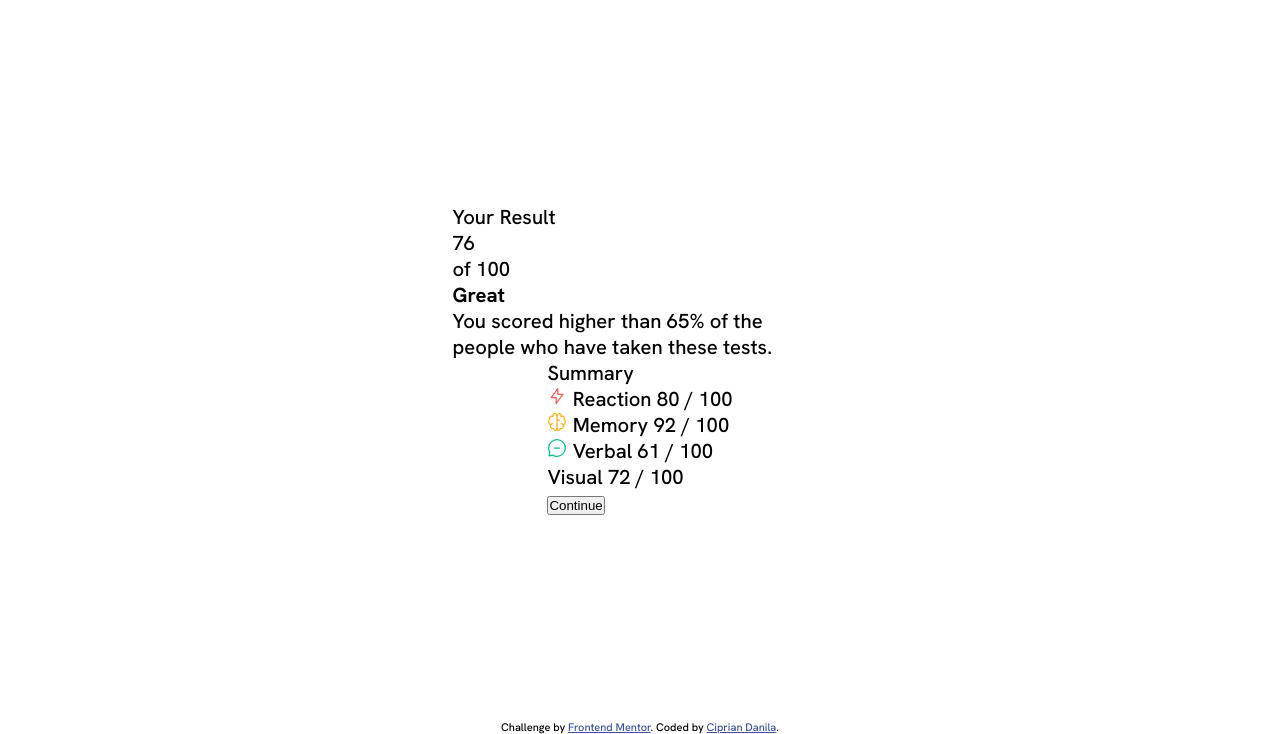
Repository: cipdanila/results-summary-component
Page: index.html
These files come from the project's save history. The page is drawn as it stood at one moment and after the next save; the edit follows.
The browser window is 1280 px wide. The pictures show the whole page.

Above is the page before, as saved 2024-02-02 20:24:32.

### index.html
<!DOCTYPE html>
<html lang="en">
    <head>
        <meta charset="UTF-8" />
        <meta name="viewport" content="width=device-width, initial-scale=1.0" />
        <!-- displays site properly based on user's device -->

        <link rel="icon" type="image/png" sizes="32x32" href="./assets/images/favicon-32x32.png" />
        <link rel="stylesheet" href="styles.css" />
        <title>Frontend Mentor | Results summary component</title>
    </head>
    <body>
        <main>
            <div class="card">
                <div class="result">
                    <p id="result-title">Your Result</p>
                    <div class="score-circle">
                        <div class="big-num">76</div>
                        <div class="small-text">of 100</div>
                    </div>
                    <h4>Great</h4>
                    <p>You scored higher than 65% of the people who have taken these tests.</p>
                </div>
                <div class="summary">
                    <p id="summary">Summary</p>
                    <div class="reaction">
                        <img src="./assets/images/icon-reaction.svg" alt="raction icon" />
                        Reaction <span class="percent">80</span> / <span class="hundred">100</span>
                    </div>
                    <div class="memory">
                        <img src="./assets/images/icon-memory.svg" alt="memory icon" />
                        Memory <span class="percent">92</span> / <span class="hundred">100</span>
                    </div>
                    <div class="verbal">
                        <img src="./assets/images/icon-verbal.svg" alt="verbal icon" />
                        Verbal <span class="percent">61</span> / <span class="hundred">100</span>
                    </div>
                    <div class="visual">Visual <span class="percent">72</span> / <span class="hundred">100</span></div>
                    <button class="continue" type="button">Continue</button>
                </div>
            </div>
        </main>

        <footer>
            <div class="attribution">
                Challenge by
                <a
                    href="https://www.frontendmentor.io/challenges/results-summary-component-CE_K6s0maV/hub"
                    target="_blank"
                    rel="noopener noreferer"
                    >Frontend Mentor</a
                >. Coded by <a href="https://github.com/cipdanila" target="_blank" rel="noopener noreferer">Ciprian Danila</a>.
            </div>
        </footer>
    </body>
</html>

### styles.css
@import url("https://fonts.googleapis.com/css2?family=Hanken+Grotesk:wght@500;700;800&display=swap");

:root {
    /* Colors */
    /* Primary */
    --light-red: hsl(0, 100%, 67%);
    --orange-yellow: hsl(39, 100%, 56%);
    --green-teal: hsl(166, 100%, 37%);
    --cobalt-blue: hsl(234, 85%, 45%);
    /* Gradients */
    --light-slate-blue: hsl(252, 100%, 67%); /*  (background) */
    --light-royal-blue: hsl(241, 81%, 54%); /* (background) */

    --violet-blue: hsla(256, 72%, 46%, 1); /* (circle) */
    --persian-blue: hsla(241, 72%, 46%, 0); /* (circle) */
    /* Neutral */
    --white: hsl(0, 0%, 100%);
    --pale-blue: hsl(221, 100%, 96%);
    --light-lavender: hsl(241, 100%, 89%);
    --dark-gray-blue: hsl(224, 30%, 27%);
}

*,
*::after,
*::before {
    box-sizing: border-box;
    margin: 0;
    padding: 0;
}

body,
html {
    height: 100%;
    font-family: "Hanken Grotesk", sans-serif;
    font-size: 1.125rem; /* 18px */
    font-weight: 300;
    background-color: var(--white);
}

main {
    display: flex;
    justify-content: center;
    align-items: center;
    height: 100%;
}

.card {
    max-width: 375px;
    border-radius: 1rem;
    box-shadow: 0.5rem 0.5rem rgb(rgb(12, 23, 41));
    display: flex;
    flex-direction: column;
    justify-content: center;
    align-items: center;
    background-color: var(--white);
}

.attribution {
    font-size: 11px;
    text-align: center;
}
.attribution a {
    color: hsl(228, 45%, 44%);
}

After the next save:
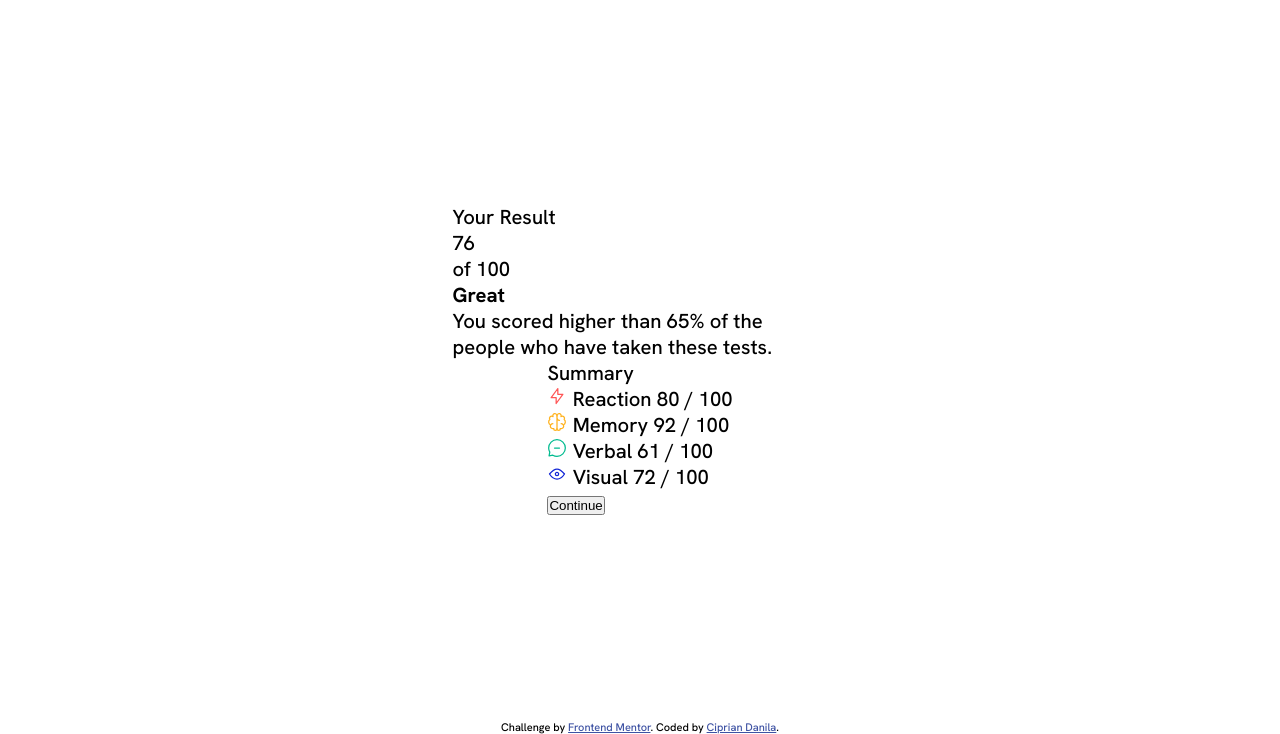
Saved 28 s later.
--- a/index.html
+++ b/index.html
@@ -35,7 +35,10 @@
                         <img src="./assets/images/icon-verbal.svg" alt="verbal icon" />
                         Verbal <span class="percent">61</span> / <span class="hundred">100</span>
                     </div>
-                    <div class="visual">Visual <span class="percent">72</span> / <span class="hundred">100</span></div>
+                    <div class="visual">
+                        <img src="./assets/images/icon-visual.svg" alt="visual icon" />
+                        Visual <span class="percent">72</span> / <span class="hundred">100</span>
+                    </div>
                     <button class="continue" type="button">Continue</button>
                 </div>
             </div>
